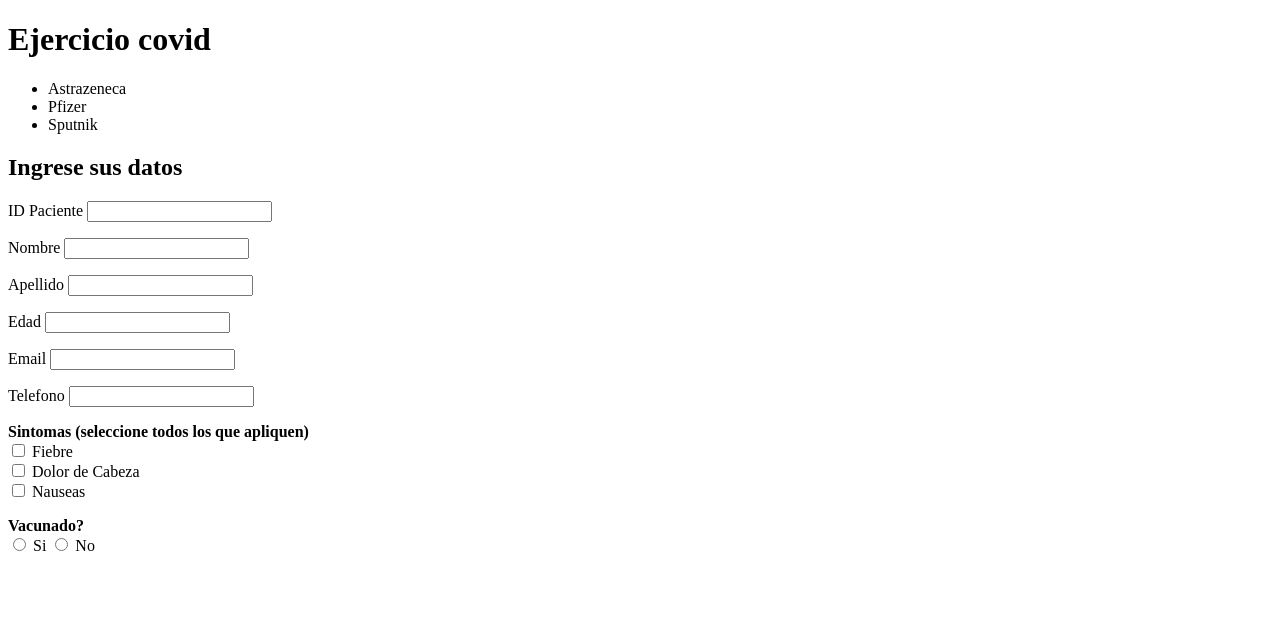
Repository: Divineridh/LPPAChallenges
Page: Trabajos en Clase/ejercicio forms covid/index.html
These files come from the project's save history. The page is drawn as it stood at one moment and after the next save; the edit follows.
The browser window is 1280 px wide. The pictures show the whole page.

Above is the page before, as saved 2022-04-19 21:09:42.

### Trabajos en Clase/ejercicio forms covid/index.html
<!DOCTYPE html>
<html lang="en">
<head>
    <meta charset="UTF-8">
    <meta http-equiv="X-UA-Compatible" content="IE=edge">
    <meta name="viewport" content="width=device-width, initial-scale=1.0">
    <title>Formularios covid</title>
</head>
<body>
    <h1>Ejercicio covid</h1>
    <ul>
        <li>Astrazeneca</li>
        <li>Pfizer</li>
        <li>Sputnik</li>
    </ul>



    <h2>Ingrese sus datos</h2>
    <form>
        <p>
            <label for="idpaciente">ID Paciente</label>
            <input type="text" id="idpaciente" name="idpaciente"><br>
        </p>
        <p>
            <label for="nombre">Nombre</label>
            <input type="text" id="nombre" name="nombre">
        </p>
        <p>
            <label for="apellido">Apellido</label>
            <input type="text" id="apellido" name="apellido"><br>
        </p>
        <p>
            <label for="edad">Edad</label>
            <input type="text" id="edad" name="edad"><br>
        </p>
        <p>
            <label for="email">Email</label>
            <input type="text" id="email" name="email"><br>
        </p>
        <p>
            <label for="telefono">Telefono</label>
            <input type="text" id="telefono" name="telefono"><br>
        </p>
        <p>
            <b>Sintomas (seleccione todos los que apliquen)</b> <br>
            <input type="checkbox" id="fiebre" name="fiebre">
            <label for="fiebre">Fiebre</label> <br>
            <input type="checkbox" id="dolorcabeza" name="dolorcabeza">
            <label for="dolorcabeza">Dolor de Cabeza</label> <br>
            <input type="checkbox" id="nauseas" name="nauseas">
            <label for="nauseas">Nauseas</label>
        </p>
        <p>
            <b>Vacunado?</b> <br>
            <input type="radio" id="sivacuna" name="sivacuna">
            <label for="sivacuna">Si</label>
            <input type="radio" id="novacuna" name="novacuna">
            <label for="novacuna">No</label>
        </p>
    </form>
</body>
</html>

After the next save:
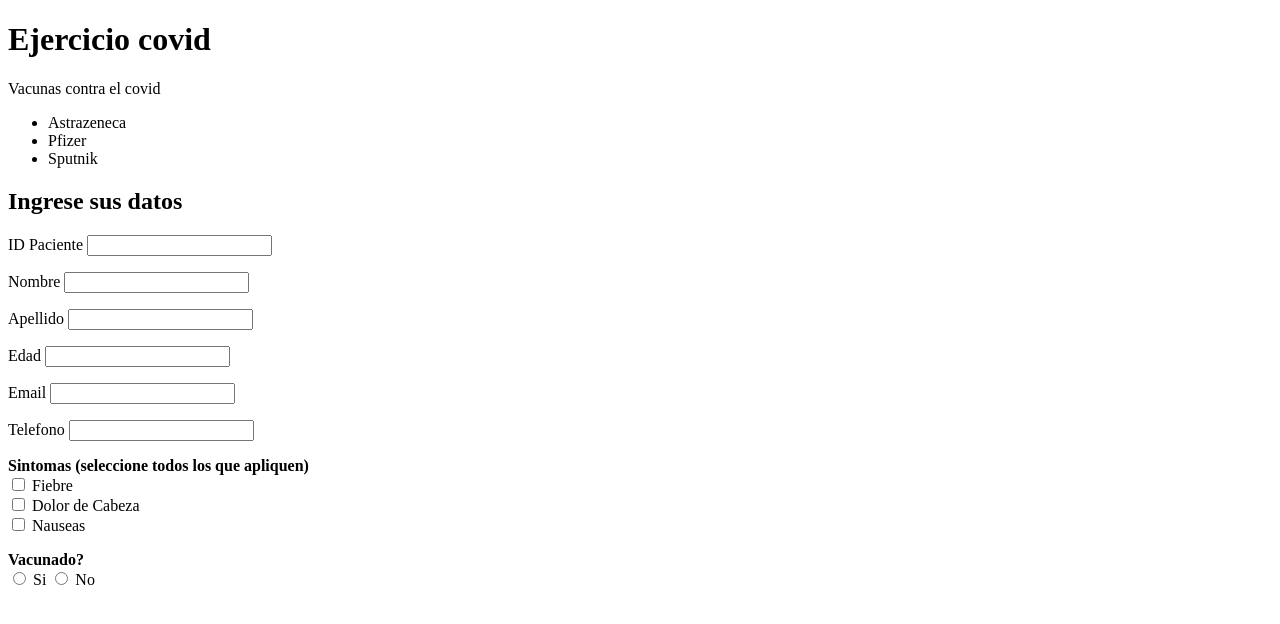
Saved 41 s later.
--- a/Trabajos en Clase/ejercicio forms covid/index.html
+++ b/Trabajos en Clase/ejercicio forms covid/index.html
@@ -8,11 +8,13 @@
 </head>
 <body>
     <h1>Ejercicio covid</h1>
+    <p>Vacunas contra el covid
     <ul>
         <li>Astrazeneca</li>
         <li>Pfizer</li>
         <li>Sputnik</li>
     </ul>
+    </p>
 
 
 
